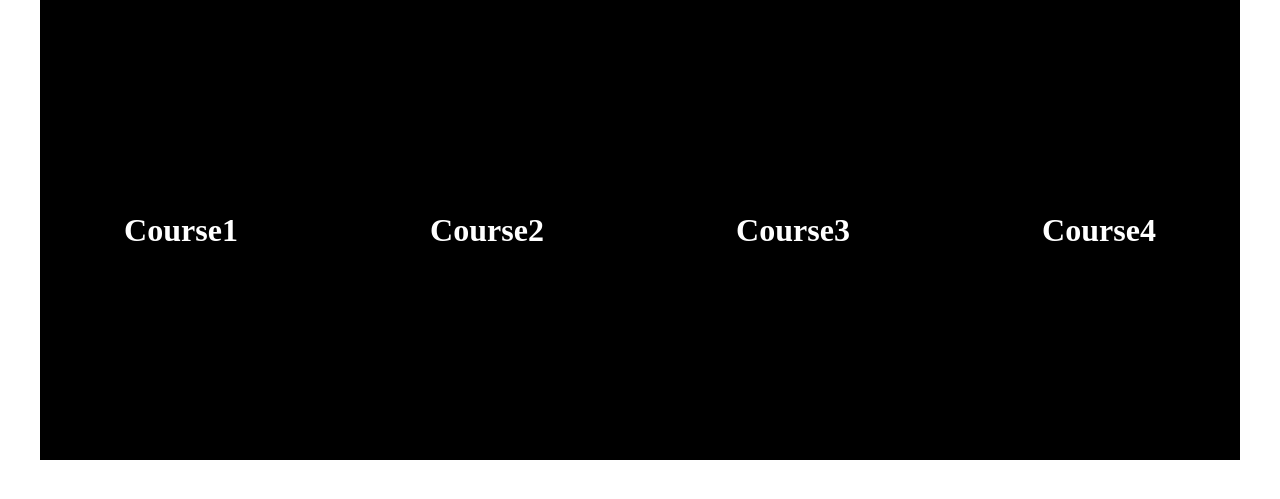
Repository: longtn213/Frond_end_HTML-CSS
Page: Front-End/DemoGrid/index.html
The author's editor kept a copy of each file at every save. The page is drawn from the files as they stood at one save, then again after the next save.
The browser window is 1280 px wide. The pictures show the whole page.

Above is the page before, as saved 2021-09-21 16:04:06.

After the next save:
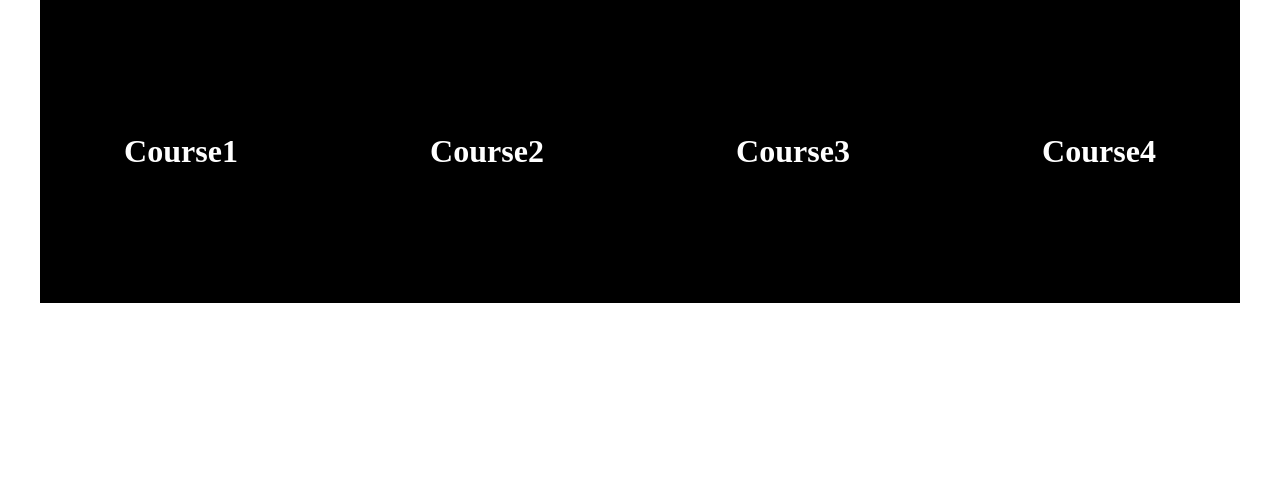
Saved 12 s later.
--- a/Front-End/DemoGrid/index.html
+++ b/Front-End/DemoGrid/index.html
@@ -21,10 +21,8 @@
         }
 
         h1 {
-            padding: 100px 0;
             line-height: 260px;
             color: #fff;
-            margin: 0;
         }
         .course-item{
 
